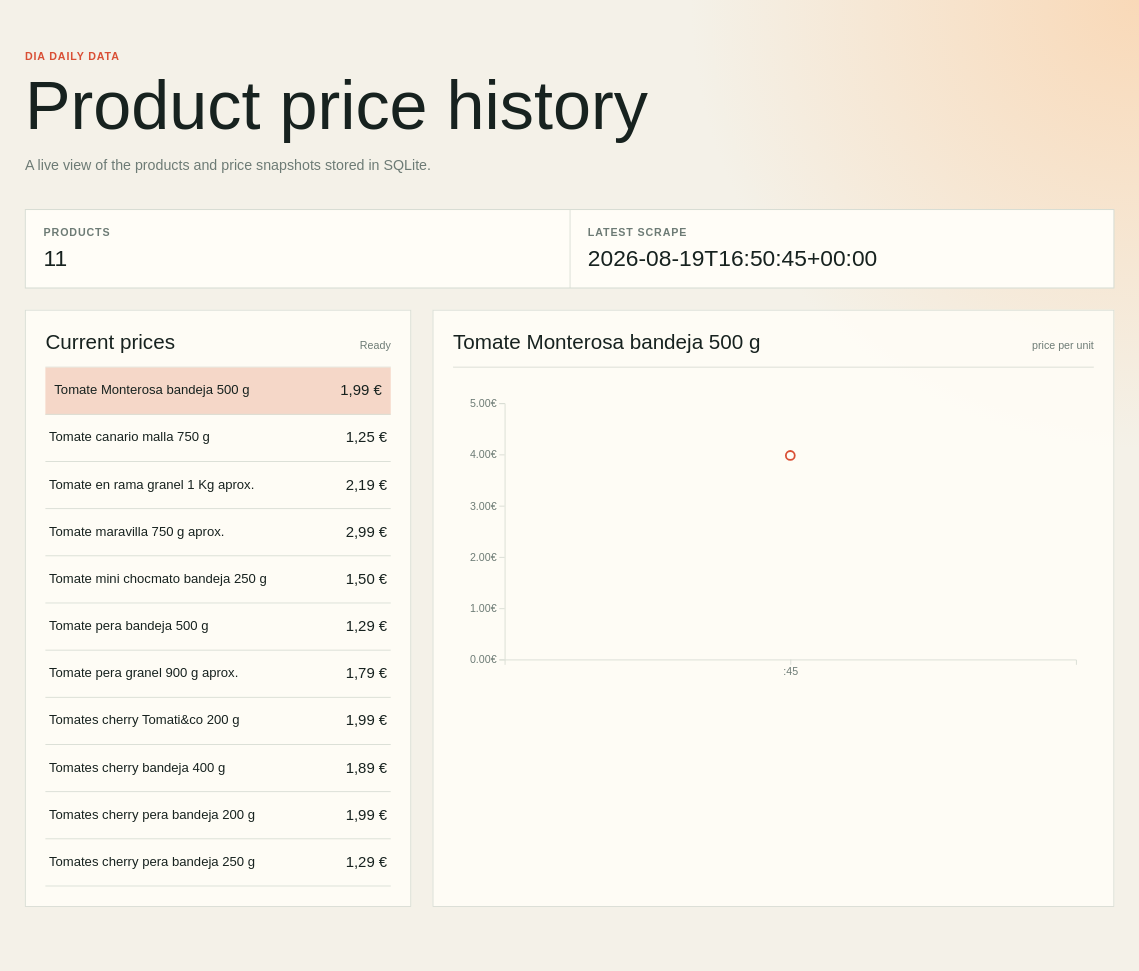
Repository: lloop/dia-daily-data
Page: http://localhost/
The author's editor kept a copy of each file at every save. The page is drawn from the files as they stood at one save, then again after the next save.
The browser window is 1280 px wide. The pictures show the whole page, at 89% of full size.
The page is served by the project's application, run on Flask 3 (dia_daily_scraper/app.py). Other server files are loaded and not shown. The page reads the database file committed with the project.

Above is the page before, as saved 2026-08-19 22:49:28.

### dia_daily_scraper/templates/index.html
<!doctype html>
<html lang="en">
<head>
  <meta charset="utf-8">
  <meta name="viewport" content="width=device-width, initial-scale=1">
  <title>DIA Product Prices</title>
  <link rel="stylesheet" href="{{ url_for('static', filename='styles.css') }}">
</head>
<body>
  <main class="dashboard">
    <header class="dashboard__header">
      <p class="eyebrow">DIA daily data</p>
      <h1>Product price history</h1>
      <p class="lede">A live view of the products and price snapshots stored in SQLite.</p>
    </header>

    <section class="summary" aria-label="Database summary">
      <div><span class="summary__label">Products</span><strong id="product-count">-</strong></div>
      <div><span class="summary__label">Latest scrape</span><strong id="latest-scrape">-</strong></div>
    </section>

    <section class="content-grid">
      <div class="panel">
        <div class="panel__heading">
          <h2>Current prices</h2>
          <span id="status">Loading...</span>
        </div>
        <div id="product-list" class="product-list"></div>
      </div>

      <div class="panel panel--chart">
        <div class="panel__heading">
          <h2 id="chart-title">Price history</h2>
          <span id="chart-unit"></span>
        </div>
        <svg id="price-chart" role="img" aria-label="Selected product price history"></svg>
        <p id="empty-chart" class="empty-state">Select a product to inspect its price history.</p>
      </div>
    </section>
  </main>

  <script src="https://cdn.jsdelivr.net/npm/d3@7"></script>
  <script src="{{ url_for('static', filename='app.js') }}"></script>
</body>
</html>

### dia_daily_scraper/app.py
"""Flask server for exploring scraped DIA product and price data."""

import json
import sqlite3
from pathlib import Path

from flask import Flask, jsonify, render_template

from config import DATABASE_FILE


def create_app(database_path=None):
    """Create the Flask application, optionally using a test database."""
    app = Flask(__name__)
    app.config['DATABASE_FILE'] = Path(database_path or DATABASE_FILE)

    def query_database(query, parameters=()):
        database_file = app.config['DATABASE_FILE']
        if not database_file.exists():
            return []

        with sqlite3.connect(database_file) as connection:
            connection.row_factory = sqlite3.Row
            return [dict(row) for row in connection.execute(query, parameters)]

    @app.get('/')
    def index():
        return render_template('index.html')

    @app.get('/api/products')
    def products():
        rows = query_database(
            """
            SELECT
                products.id,
                products.name,
                products.item_type,
                products.metadata_json,
                latest.price,
                latest.currency,
                latest.raw_price_per_unit,
                latest.unit_price_eur,
                latest.availability,
                latest.scraped_at
            FROM products
            LEFT JOIN price_logs AS latest
                ON latest.id = (
                    SELECT price_logs.id
                    FROM price_logs
                    WHERE price_logs.product_id = products.id
                    ORDER BY price_logs.scraped_at DESC, price_logs.id DESC
                    LIMIT 1
                )
            ORDER BY products.name
            """
        )

        for row in rows:
            row['metadata'] = json.loads(row.pop('metadata_json') or '{}')

        return jsonify(rows)

    @app.get('/api/products/<int:product_id>/price-history')
    def price_history(product_id):
        rows = query_database(
            """
            SELECT price, currency, raw_price_per_unit, unit_price_eur,
                   availability, scraped_at
            FROM price_logs
            WHERE product_id = ?
            ORDER BY scraped_at, id
            """,
            (product_id,),
        )
        return jsonify(rows)

    return app


app = create_app()


if __name__ == '__main__':
    app.run(debug=True)

### dia_daily_scraper/static/styles.css
:root {
  color-scheme: light;
  --ink: #17221f;
  --muted: #6d7b75;
  --paper: #f4f1e8;
  --panel: #fffdf7;
  --line: #d8ddd4;
  --accent: #d94f35;
  --accent-soft: #f5d7c8;
}

* { box-sizing: border-box; }
body { margin: 0; background: radial-gradient(circle at top right, #f9d9b8 0, transparent 30%), var(--paper); color: var(--ink); font-family: Arial, Helvetica, sans-serif;}
.dashboard { max-width: 1280px; margin: 0 auto; padding: 56px 28px 72px; }
.dashboard__header { max-width: 700px; margin-bottom: 36px; }
.eyebrow, .summary__label, #status, #chart-unit { font: 600 0.75rem/1.2 Arial, sans-serif; letter-spacing: 0.08em; text-transform: uppercase; }
.eyebrow { color: var(--accent); margin: 0 0 12px; }
h1 { font-size: clamp(2.5rem, 6vw, 5.25rem); line-height: 0.95; margin: 0 0 18px; font-weight: 500; }
.lede { color: var(--muted); font: 1rem/1.6 Arial, sans-serif; margin: 0; }
.summary { display: flex; gap: 1px; margin-bottom: 24px; background: var(--line); border: 1px solid var(--line); }
.summary > div { flex: 1; background: var(--panel); padding: 18px 20px; }
.summary__label { display: block; color: var(--muted); margin-bottom: 8px; }
.summary strong { font-size: 1.6rem; font-weight: 500; }
.content-grid { display: grid; grid-template-columns: minmax(260px, 0.85fr) minmax(420px, 1.5fr); gap: 24px; }
.panel { background: rgba(255, 253, 247, 0.9); border: 1px solid var(--line); padding: 22px; min-height: 420px; }
.panel__heading { display: flex; align-items: baseline; justify-content: space-between; gap: 16px; border-bottom: 1px solid var(--line); padding-bottom: 14px; }
h2 { font-size: 1.45rem; font-weight: 500; margin: 0; }
#status, #chart-unit { color: var(--muted); letter-spacing: 0; text-transform: none; font-weight: 400; }
.product-list { display: grid; }
.product-button { display: flex; justify-content: space-between; gap: 16px; width: 100%; text-align: left; border: 0; border-bottom: 1px solid var(--line); background: transparent; color: inherit; padding: 16px 4px; cursor: pointer; }
.product-button:hover, .product-button.is-selected { background: var(--accent-soft); padding-left: 10px; padding-right: 10px; }
.product-name { font: 0.92rem/1.35 Arial, sans-serif; }
.product-price { white-space: nowrap; font-size: 1.05rem; }
#price-chart { width: 100%; height: 350px; margin-top: 20px; overflow: visible; }
.axis text { fill: var(--muted); font: 12px Arial, sans-serif; }
.axis path, .axis line { stroke: var(--line); }
.chart-line { fill: none; stroke: var(--accent); stroke-width: 3; }
.chart-dot { fill: var(--panel); stroke: var(--accent); stroke-width: 2; }
.empty-state { color: var(--muted); font: 0.95rem/1.5 Arial, sans-serif; }
@media (max-width: 800px) { .dashboard { padding: 34px 16px 48px; } .content-grid { grid-template-columns: 1fr; } .summary { flex-direction: column; } .panel--chart { min-height: 360px; } }

### dia_daily_scraper/static/app.js
const state = { products: [], selectedId: null };

const productList = document.querySelector('#product-list');
const status = document.querySelector('#status');
const productCount = document.querySelector('#product-count');
const latestScrape = document.querySelector('#latest-scrape');
const chartTitle = document.querySelector('#chart-title');
const chartUnit = document.querySelector('#chart-unit');
const chart = d3.select('#price-chart');
const emptyChart = document.querySelector('#empty-chart');

function formatPrice(value, currency = 'EUR') {
  if (value === null || value === undefined) return 'No price';
  return new Intl.NumberFormat('es-ES', { style: 'currency', currency }).format(value);
}

function renderProducts() {
  productList.replaceChildren();
  state.products.forEach(product => {
    const button = document.createElement('button');
    button.className = 'product-button';
    button.dataset.productId = product.id;
    button.innerHTML = `<span class="product-name">${product.name}</span><span class="product-price">${formatPrice(product.price, product.currency)}</span>`;
    button.addEventListener('click', () => selectProduct(product.id));
    productList.append(button);
  });
  if (state.products.length && state.selectedId === null) selectProduct(state.products[0].id);
}

function drawChart(product, history) {
  const width = chart.node().clientWidth || 600;
  const height = 350;
  const margin = { top: 20, right: 20, bottom: 42, left: 58 };
  chart.attr('viewBox', `0 0 ${width} ${height}`).selectAll('*').remove();
  emptyChart.hidden = history.length > 0;
  chartTitle.textContent = product.name;
  chartUnit.textContent = history.length ? 'price per unit' : '';
  if (!history.length) return;

  const values = history.map(item => ({ ...item, date: new Date(item.scraped_at) }));
  const x = d3.scaleTime().domain(d3.extent(values, item => item.date)).range([margin.left, width - margin.right]);
  const y = d3.scaleLinear().domain([0, d3.max(values, item => item.unit_price_eur) * 1.15 || 1]).nice().range([height - margin.bottom, margin.top]);
  const line = d3.line().x(item => x(item.date)).y(item => y(item.unit_price_eur));
  chart.append('g').attr('class', 'axis').attr('transform', `translate(0,${height - margin.bottom})`).call(d3.axisBottom(x).ticks(Math.min(values.length, 5)));
  chart.append('g').attr('class', 'axis').attr('transform', `translate(${margin.left},0)`).call(d3.axisLeft(y).ticks(5).tickFormat(value => `${value.toFixed(2)}€`));
  chart.append('path').datum(values).attr('class', 'chart-line').attr('d', line);
  chart.selectAll('.chart-dot').data(values).join('circle').attr('class', 'chart-dot').attr('r', 5).attr('cx', item => x(item.date)).attr('cy', item => y(item.unit_price_eur)).append('title').text(item => `${formatPrice(item.unit_price_eur)} - ${item.scraped_at}`);
}

async function selectProduct(productId) {
  state.selectedId = productId;
  document.querySelectorAll('.product-button').forEach(button => button.classList.toggle('is-selected', Number(button.dataset.productId) === productId));
  const product = state.products.find(item => item.id === productId);
  const history = await fetch(`/api/products/${productId}/price-history`).then(response => response.json());
  drawChart(product, history);
}

async function loadProducts() {
  const response = await fetch('/api/products');
  state.products = await response.json();
  productCount.textContent = state.products.length;
  latestScrape.textContent = state.products.reduce((latest, item) => item.scraped_at > latest ? item.scraped_at : latest, '-') || '-';
  status.textContent = state.products.length ? 'Ready' : 'No database records';
  renderProducts();
}

loadProducts().catch(error => { status.textContent = 'Unable to load data'; console.error(error); });

### dia_daily_scraper/output/dia_products.sqlite3 (the tables this page reads, as SQL)
CREATE TABLE price_logs (
    id INTEGER PRIMARY KEY,
    product_id INTEGER NOT NULL,
    price REAL,
    currency TEXT,
    raw_price_per_unit TEXT,
    unit_price_eur REAL,
    availability TEXT,
    scraped_at DATETIME NOT NULL,
    FOREIGN KEY (product_id) REFERENCES products(id)
);
INSERT INTO "price_logs" VALUES
(1, 1, 1.29, 'EUR', '(2,58 €/KILO)', 2.58, 'https://schema.org/InStock', '2026-08-19T16:50:45+00:00'),
(2, 2, 2.19, 'EUR', '(2,19 €/KILO)', 2.19, 'https://schema.org/InStock', '2026-08-19T16:50:45+00:00'),
(3, 3, 1.99, 'EUR', '(9,95 €/KILO)', 9.95, 'https://schema.org/InStock', '2026-08-19T16:50:45+00:00'),
(4, 4, 1.29, 'EUR', '(5,16 €/KILO)', 5.16, 'https://schema.org/InStock', '2026-08-19T16:50:45+00:00'),
(5, 5, 1.79, 'EUR', '(1,99 €/KILO)', 1.99, 'https://schema.org/InStock', '2026-08-19T16:50:45+00:00'),
(6, 6, 1.89, 'EUR', '(4,73 €/KILO)', 4.73, 'https://schema.org/InStock', '2026-08-19T16:50:45+00:00'),
(7, 7, 1.99, 'EUR', '(3,98 €/KILO)', 3.98, 'https://schema.org/InStock', '2026-08-19T16:50:45+00:00'),
(8, 8, 1.25, 'EUR', '(1,67 €/KILO)', 1.67, 'https://schema.org/InStock', '2026-08-19T16:50:45+00:00'),
(9, 9, 2.99, 'EUR', '(3,99 €/KILO)', 3.99, 'https://schema.org/OutOfStock', '2026-08-19T16:50:45+00:00'),
(10, 10, 1.5, 'EUR', '(6,00 €/KILO)', 6.0, 'https://schema.org/InStock', '2026-08-19T16:50:45+00:00'),
(11, 11, 1.99, 'EUR', '(9,95 €/KILO)', 9.95, 'https://schema.org/InStock', '2026-08-19T16:50:45+00:00');

CREATE TABLE products (
    id INTEGER PRIMARY KEY,
    name TEXT UNIQUE NOT NULL,
    item_type TEXT,
    metadata_json TEXT NOT NULL
);
INSERT INTO "products" VALUES
(1, 'Tomate pera bandeja 500 g', 'Product', '{"type": "Product", "info_labels": ["Calibre: + 57MM-75MM", "Categoria: I", "Variedad: PERA", "Origen: PORTUGAL", "Tipo de producto: Tomates"]}'),
(2, 'Tomate en rama granel 1 Kg aprox.', 'Product', '{"type": "Product", "info_labels": ["Calibre: 57 + MM", "Categoria: I", "Variedad: RAMA", "Origen: VER ENVASE", "Tipo de producto: Tomates"]}'),
(3, 'Tomates cherry Tomati&co 200 g', 'Product', '{"type": "Product", "info_labels": ["Calibre: 18-35MM", "Categoria: I", "Variedad: VITALION", "Origen: ESPAÑA", "Tipo de producto: Tomates"]}'),
(4, 'Tomates cherry pera bandeja 250 g', 'Product', '{"type": "Product", "info_labels": ["Calibre: 17-35 MM", "Categoria: I", "Variedad: CHERRY PERA, ANGELLE", "Origen: ESPAÑA", "Tipo de producto: Tomates"]}'),
(5, 'Tomate pera granel 900 g aprox.', 'Product', '{"type": "Product", "info_labels": ["Calibre: 47-66MM", "Categoria: I", "Variedad: PERA", "Origen: PORTUGAL", "Tipo de producto: Tomates"]}'),
(6, 'Tomates cherry bandeja 400 g', 'Product', '{"type": "Product", "info_labels": ["Calibre: 18 MM - 32 MM", "Categoria: I", "Variedad: CHERRY REDONDO, KARELYA", "Origen: ESPAÑA", "Tipo de producto: Tomates"]}'),
(7, 'Tomate Monterosa bandeja 500 g', 'Product', '{"type": "Product", "info_labels": ["Calibre: +67MM-", "Categoria: I", "Variedad: MONTEROSA", "Origen: VER ENVASE", "Tipo de producto: Tomates"]}'),
(8, 'Tomate canario malla 750 g', 'Product', '{"type": "Product", "info_labels": ["Calibre: 47MM-66MM", "Categoria: I", "Variedad: -", "Origen: PORTUGAL", "Tipo de producto: Tomates"]}'),
(9, 'Tomate maravilla 750 g aprox.', 'Product', '{"type": "Product", "info_labels": ["Calibre: + 67MM", "Categoria: I", "Variedad: MARAVILLA", "Origen: ESPAÑA", "Tipo de producto: Tomates"]}'),
(10, 'Tomate mini chocmato bandeja 250 g', 'Product', '{"type": "Product", "info_labels": ["Calibre: 17-35MM", "Categoria: I", "Variedad: MINI CHOCMATO", "Origen: ESPAÑA", "Tipo de producto: Tomates"]}'),
(11, 'Tomates cherry pera bandeja 200 g', 'Product', '{"type": "Product", "info_labels": ["Calibre: 20-35 MM", "Categoria: I", "Variedad: CHERRY PERA LOBELLO", "Origen: ESPAÑA", "Tipo de producto: Tomates"]}');

After the next save:
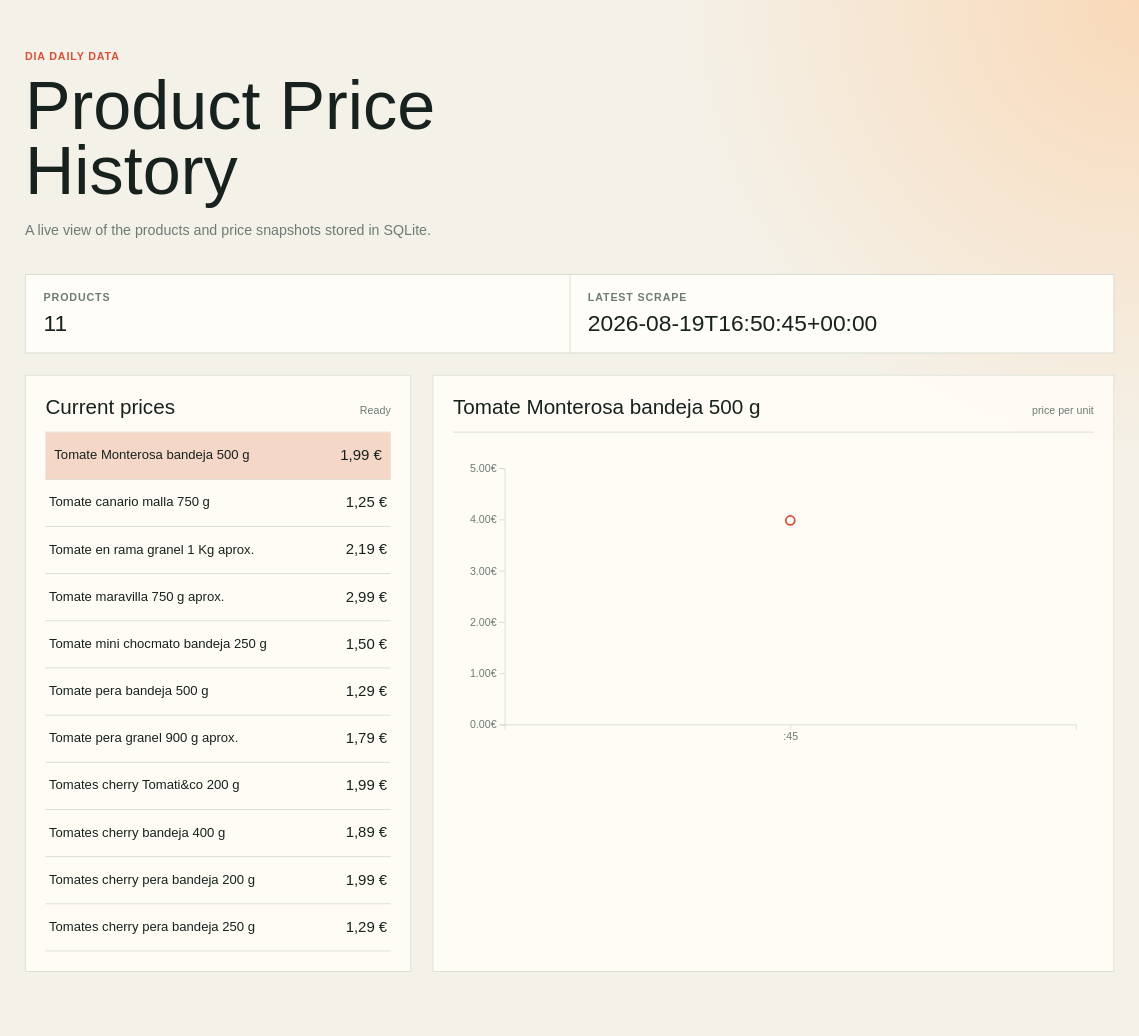
Saved 1 s later.
--- a/dia_daily_scraper/templates/index.html
+++ b/dia_daily_scraper/templates/index.html
@@ -10,7 +10,7 @@
   <main class="dashboard">
     <header class="dashboard__header">
       <p class="eyebrow">DIA daily data</p>
-      <h1>Product price history</h1>
+      <h1>Product Price History</h1>
       <p class="lede">A live view of the products and price snapshots stored in SQLite.</p>
     </header>
 
